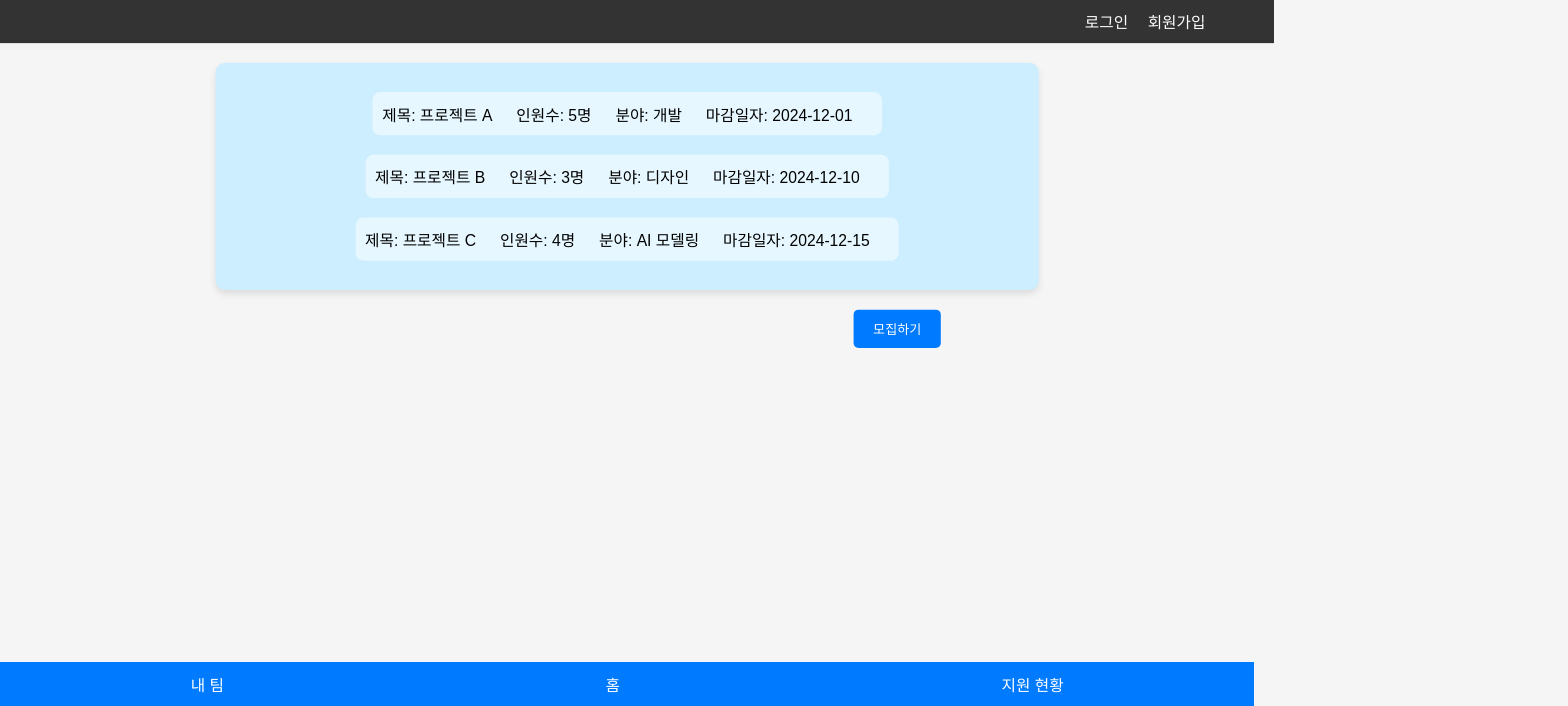
Repository: TUK-WEBSERIVCE/tuk-team-gem
Page: tuk-team-gem/src/main/webapp/main/mainPage.html
The author's editor kept a copy of each file at every save. The page is drawn from the files as they stood at one save, then again after the next save.
The browser window is 1280 px wide. The page is 1600 px wide, so the pictures cover 1600 px, including what lies to the right of the window. The pictures show the whole page, at 98% of full size.

Above is the page before, as saved 2024-11-13 12:27:16.

### tuk-team-gem/src/main/webapp/main/mainPage.html
<!DOCTYPE html>
<html lang="ko">
<head>
    <meta charset="UTF-8">
    <meta name="viewport" content="width=device-width, initial-scale=1.0">
    <title>tuk-team-gem</title>
    <style>
        body {
            font-family: Arial, sans-serif;
            margin: 0;
            padding: 0;
            display: flex;
            flex-direction: column;
            align-items: center;
            background-color: #f5f5f5;
        }
        header {
            width: 100%;
            display: flex;
            justify-content: flex-end;
            padding: 10px 20px;
            background-color: #333;
            color: white;
        }
        header a {
            color: white;
            margin-left: 20px;
            text-decoration: none;
        }
        .container {
            background-color: #cceeff;
            width: 80%;
            max-width: 800px;
            margin: 20px auto;
            padding: 20px;
            border-radius: 10px;
            box-shadow: 0 4px 8px rgba(0, 0, 0, 0.1);
        }
        .list-item {
            background-color: #e6f7ff;
            padding: 10px;
            margin: 10px 0;
            border-radius: 8px;
            text-align: center;
        }
        .list-item span {
            display: inline-block;
            margin-right: 20px;
        }
        .list-container {
            display: flex;
            flex-direction: column;
            align-items: center;
        }
        /* 모집하기 버튼을 프레임 밖으로 배치 */
        .button-container {
			width: 100%; /* 화면 전체 너비 사용 */
    		display: flex;
    		justify-content: flex-end; /* 오른쪽으로 정렬 */
		    margin-bottom: 20px;
		    padding-right: 50%; /* 오른쪽 여백 */
        }
        .button-container button {
            padding: 10px 20px;
            background-color: #007bff;
            color: white;
            border: none;
            border-radius: 5px;
            cursor: pointer;
        }
        .button-container button:hover {
            background-color: #0056b3;
        }
        nav {
            width: 100%;
            background-color: #007bff;
            padding: 10px 0;
            position: fixed;
            bottom: 0;
        }
        nav ul {
            list-style-type: none;
            display: flex;
            justify-content: space-around;
            margin: 0;
            padding: 0;
        }
        nav ul li a {
            color: white;
            text-decoration: none;
        }
    </style>
</head>
<body>
    <!-- 우상단 로그인 및 회원가입 -->
    <header>
        <a href="#">로그인</a>
        <a href="#" style="margin-right: 50px;">회원가입</a>
    </header>

    <!-- 중앙 리스트 -->
    <div class="container">
        <div class="list-container">
            <!-- DB에서 불러온 데이터 목록 (샘플 데이터) -->
            <div class="list-item">
                <span>제목: 프로젝트 A</span>
                <span>인원수: 5명</span>
                <span>분야: 개발</span>
                <span>마감일자: 2024-12-01</span>
            </div>
            <div class="list-item">
                <span>제목: 프로젝트 B</span>
                <span>인원수: 3명</span>
                <span>분야: 디자인</span>
                <span>마감일자: 2024-12-10</span>
            </div>
            <div class="list-item">
                <span>제목: 프로젝트 C</span>
                <span>인원수: 4명</span>
                <span>분야: AI 모델링</span>
                <span>마감일자: 2024-12-15</span>
            </div>
        </div>
    </div>

    <!-- 모집하기 버튼을 프레임 밖으로 이동 -->
    <div class="button-container">
        <button>모집하기</button>
    </div>

    <!-- 하단 네비게이션 바 -->
    <nav>
        <ul>
            <li><a href="#">내 팀</a></li>
            <li><a href="#">홈</a></li>
            <li><a href="#">지원 현황</a></li>
        </ul>
    </nav>
</body>
</html>

After the next save:
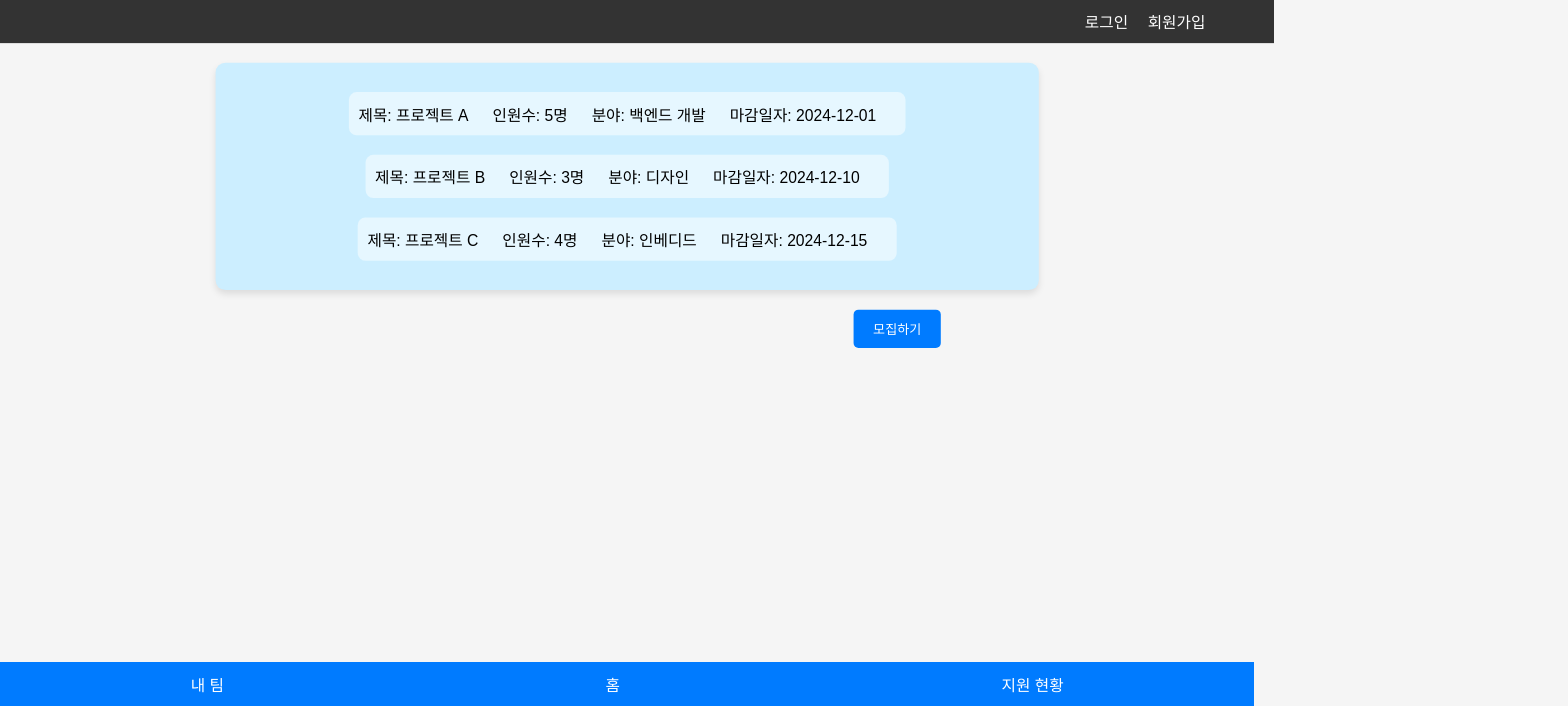
Saved 37 s later.
--- a/tuk-team-gem/src/main/webapp/main/mainPage.html
+++ b/tuk-team-gem/src/main/webapp/main/mainPage.html
@@ -105,7 +105,7 @@
             <div class="list-item">
                 <span>제목: 프로젝트 A</span>
                 <span>인원수: 5명</span>
-                <span>분야: 개발</span>
+                <span>분야: 백엔드 개발</span>
                 <span>마감일자: 2024-12-01</span>
             </div>
             <div class="list-item">
@@ -117,7 +117,7 @@
             <div class="list-item">
                 <span>제목: 프로젝트 C</span>
                 <span>인원수: 4명</span>
-                <span>분야: AI 모델링</span>
+                <span>분야: 인베디드</span>
                 <span>마감일자: 2024-12-15</span>
             </div>
         </div>
